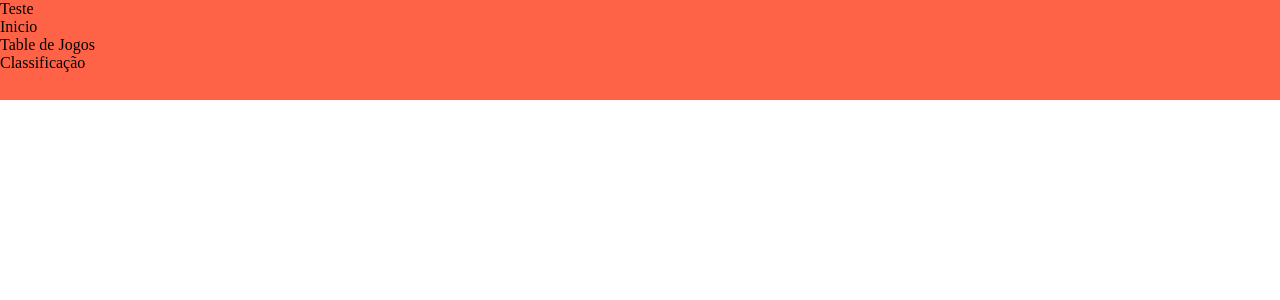
Repository: mayconndouglass/cup-simulator
Page: initial_page.html
These files come from the project's save history. The page is drawn as it stood at one moment and after the next save; the edit follows.
The browser window is 1280 px wide. The pictures show the whole page.

Above is the page before, as saved 2023-01-04 10:46:06.

### initial_page.html
<!DOCTYPE html>
<html lang="pt-br">

<head>
  <meta charset="UTF-8">
  <meta http-equiv="X-UA-Compatible" content="IE=edge">
  <meta name="viewport" content="width=device-width, initial-scale=1.0">
  <link rel="stylesheet" href="./css/initial_page.css">
  <title>Simulador Da Copa</title>
</head>

<body>
  <header>
    <p>Teste</p>
    <nav>
      <ol>
        <li>Inicio</li>
        <li>Table de Jogos</li>
        <li>Classificação</li>
      </ol>
    </nav>
  </header>
  <main>
  </main>
</body>

</html>

### css/initial_page.css
* {
  padding: 0;
  margin: 0;
  box-sizing: border-box;
}

body {
  max-width: 1400px;
  margin: 0 auto;
}

header {
  width: 100%;
  height: 100px;
  background-color: tomato;
}

After the next save:
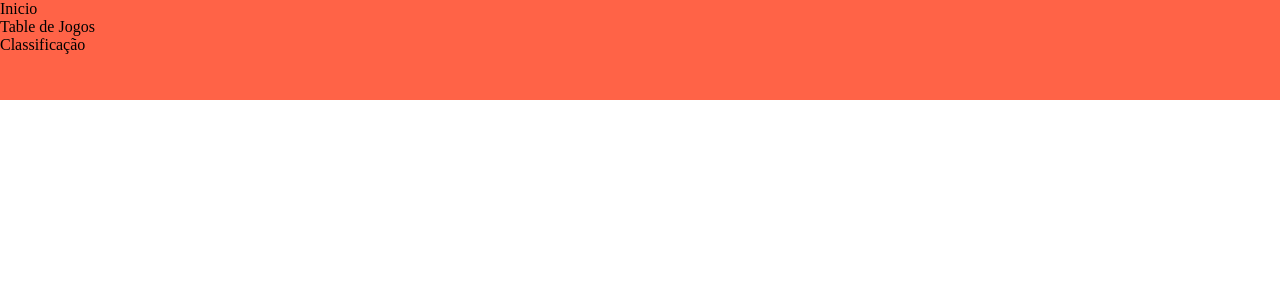
Saved 9 s later.
--- a/initial_page.html
+++ b/initial_page.html
@@ -11,7 +11,6 @@
 
 <body>
   <header>
-    <p>Teste</p>
     <nav>
       <ol>
         <li>Inicio</li>
